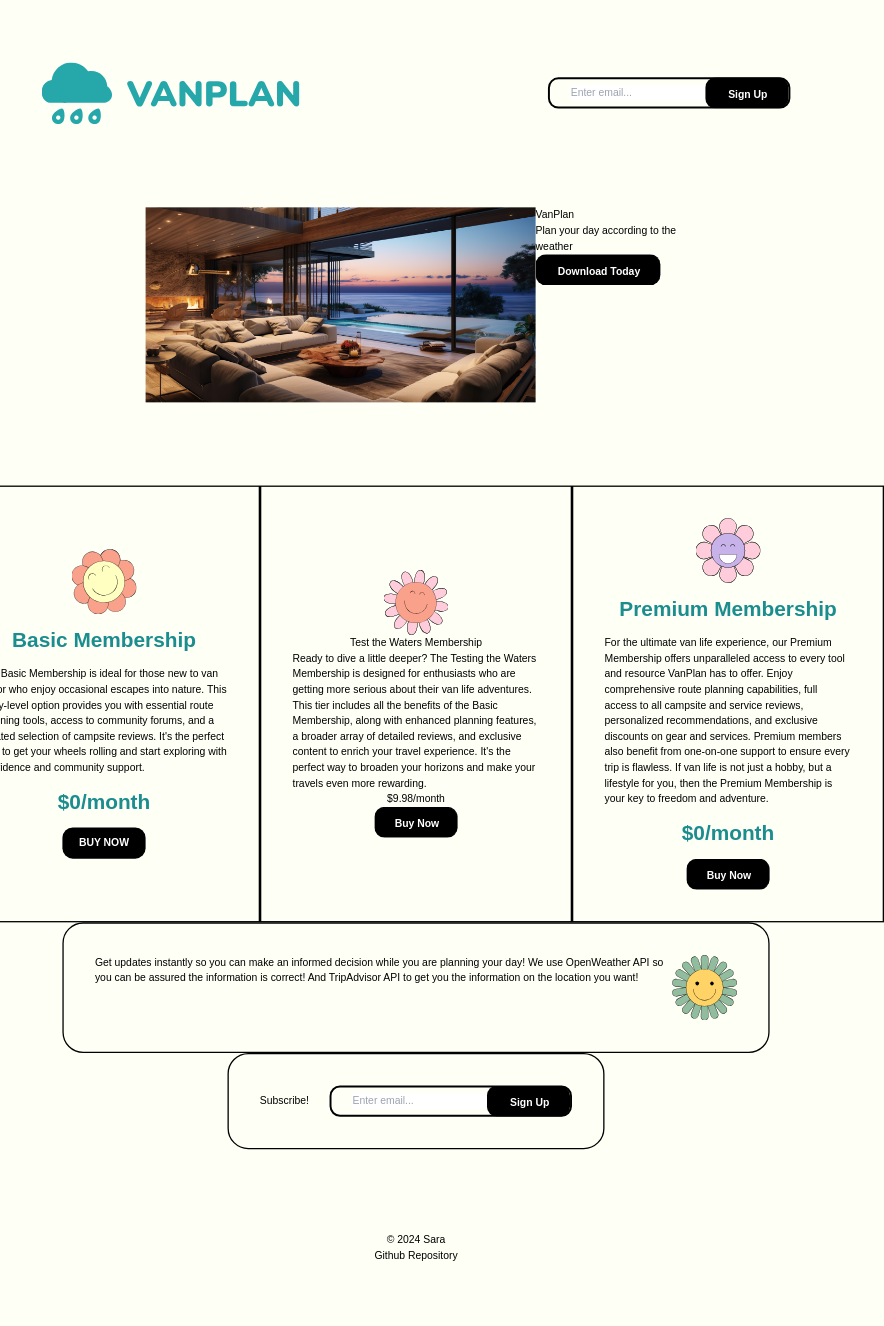
Repository: SaraShio/landing-page
Page: /
These files come from the project's save history. The page is drawn as it stood at one moment and after the next save; the edit follows.
The browser window is 1280 px wide. The page is 1360 px wide, so the pictures cover 1360 px, including what lies to the right of the window. The pictures show the whole page, at 65% of full size.
The project was rebuilt for these pictures with package versions that can differ from the ones it lists, and the page was loaded fresh each time. The framework's server and built-in components were replaced by stand-ins that run in the browser. Also part of the build but not shown: next.config.mjs.

Above is the page before, as saved 2024-03-08 21:45:22.

After the next save:
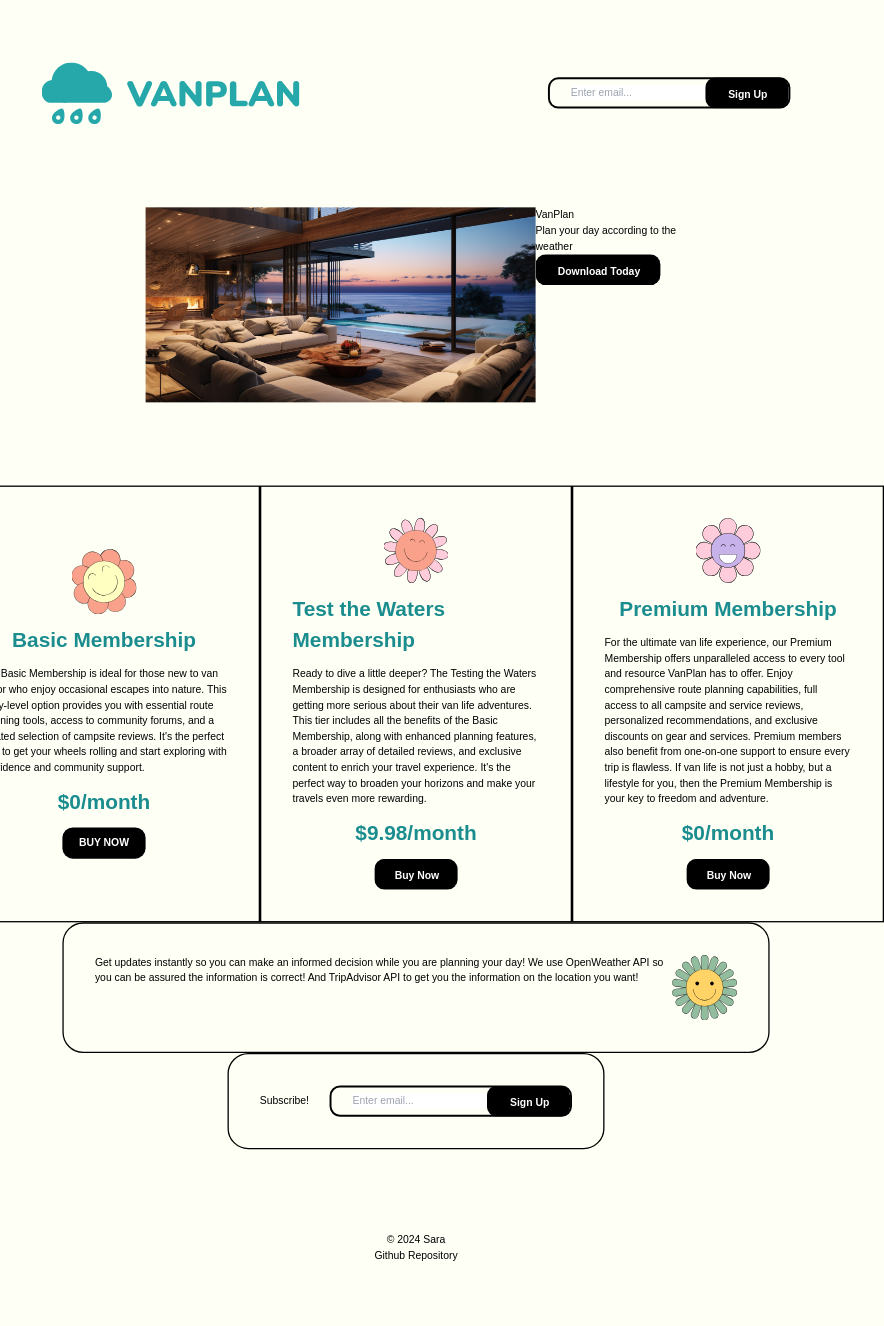
Saved 4 s later.
--- a/components/CardTwo/CardTwo.module.css
+++ b/components/CardTwo/CardTwo.module.css
@@ -8,7 +8,7 @@
     align-items: center;
 }
 
-.card_one_container > h1 {
+.card_two_container > h1 {
     font-size: 2rem;
     color: var(--dark-teal);
     font-weight: bold;
